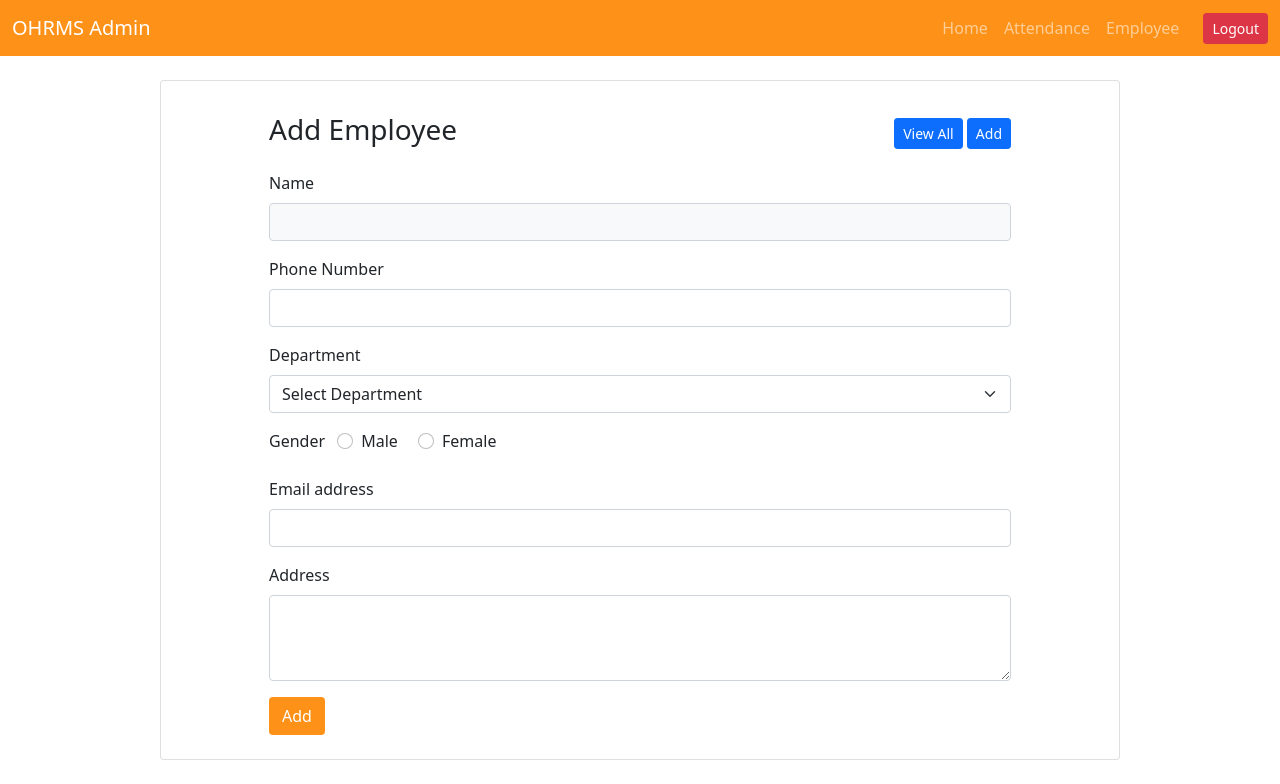
Repository: SaudCh/PHP-OHRMS
Page: http://localhost/admin/add-employee
An editor plug-in stored every save of this project. The page is shown before and after the next save, followed by the edit.
The browser window is 1280 px wide. The pictures show the whole page.
Some web libraries are served in a nearby version. The page is run by PHP 8.4 with error messages shown; the project is at /var/www/html/. The session is filled in as if someone had signed in: {"admin": "admin@ohrm.com"}. Other server files are loaded and not shown.

Above is the page before, as saved 2022-05-26 16:09:14.

### admin/add-employee.php
<!DOCTYPE html>
<html lang="en">

<head>
    <meta charset="UTF-8">
    <meta http-equiv="X-UA-Compatible" content="IE=edge">
    <meta name="viewport" content="width=device-width, initial-scale=1.0">
    <?php require "../assets/includes/link.includes.php" ?>

    <script src="../assets/Js/updateprofile.js"></script>

    <title>Add Employee</title>
</head>

<body>
    <?php require "./assets/Components/header.php" ?>
    <div class="container-fluid">
        <div class="row align-items-center justify-content-center">
            <div class="card col-11 col-md-9 my-4 py-4">

                <form name="updateform" method="POST" action="./assets/includes/add-employee.includes.php" onsubmit="return validateupdateform(this)" style="z-index: 10;position:relative;" class="mx-0 px-0 px-md-5 mx-md-5">
                    <div class="d-flex align-items-center justify-content-between mt-2">
                        <h3>Add Employee</h3>
                        <div>
                            <a href="employee" class="btn btn-sm btn-primary">View All</a>
                            <a href="add-employee" class="btn btn-sm btn-primary">Add</a>
                        </div>
                    </div>
                    <div class="mt-3">
                        <?php require "../assets/includes/alert.includes.php" ?>
                    </div>
                    <div class="mb-1">
                        <label for="name" class="form-label">Name</label>
                        <input type="text" name="name" class="form-control bg-light" id="name">
                        <p id="nameerr" class="text-danger" style="font-size: 11px;"></p>
                    </div>
                    <div class="mb-1">
                        <label for="phone" class="form-label">Phone Number</label>
                        <input type="text" name="phoneNum" class="form-control" id="phone">
                        <p id="phonerr" class="text-danger" style="font-size: 11px;"></p>

                    </div>
                    <div class="mb-1">
                        <label for="department" class="form-label">Department</label>
                        <select name="department" class="form-select" id="department">
                            <option value="">Select Department</option>
                            <option value="IT">IT</option>
                            <option value="Finance">Finance</option>
                            <option value="Marketing">Marketing</option>
                        </select>
                        <p id="depterr" class="text-danger" style="font-size: 11px;"></p>

                    </div>
                    <div class="mb-1">
                        <label for="gender" class="form-label me-2">Gender</label>
                        <div class="form-check form-check-inline">
                            <input class="form-check-input" type="radio" name="gender" id="male" value="male">
                            <label class="form-check-label" for="male">Male</label>
                        </div>
                        <div class="form-check form-check-inline">
                            <input class="form-check-input" type="radio" name="gender" id="female" value="female">
                            <label class="form-check-label" for="female">Female</label>
                        </div>
                        <p id="gendererr" class="text-danger" style="font-size: 11px;"></p>
                    </div>
                    <div class="mb-1">
                        <label for="email" class="form-label">Email address</label>
                        <input type="email" name="email" class="form-control" id="email" />
                        <p id="emailerr" class="text-danger" style="font-size: 11px;"></p>

                    </div>
                    <div class="mb-1">
                        <label for="address" class="form-label">Address</label>
                        <textarea class="form-control" name="address" id="address" rows="3"></textarea>
                        <p id=" addresserr" class="text-danger" style="font-size: 11px;"></p>

                    </div>

                    <button type="submit" class="btn text-white" style="background-color: #fe9117;">Add</button>
                </form>
            </div>
        </div>
    </div>

</body>

</html>

### assets/includes/link.includes.php
<link href="https://cdn.jsdelivr.net/npm/bootstrap@5.0.2/dist/css/bootstrap.min.css" rel="stylesheet" integrity="sha384-EVSTQN3/azprG1Anm3QDgpJLIm9Nao0Yz1ztcQTwFspd3yD65VohhpuuCOmLASjC" crossorigin="anonymous">
<script src="https://cdn.jsdelivr.net/npm/bootstrap@5.0.2/dist/js/bootstrap.bundle.min.js" integrity="sha384-MrcW6ZMFYlzcLA8Nl+NtUVF0sA7MsXsP1UyJoMp4YLEuNSfAP+JcXn/tWtIaxVXM" crossorigin="anonymous"></script>
<script src="https://cdn.jsdelivr.net/npm/@popperjs/core@2.9.2/dist/umd/popper.min.js" integrity="sha384-IQsoLXl5PILFhosVNubq5LC7Qb9DXgDA9i+tQ8Zj3iwWAwPtgFTxbJ8NT4GN1R8p" crossorigin="anonymous"></script>
<script src="https://cdn.jsdelivr.net/npm/bootstrap@5.0.2/dist/js/bootstrap.min.js" integrity="sha384-cVKIPhGWiC2Al4u+LWgxfKTRIcfu0JTxR+EQDz/bgldoEyl4H0zUF0QKbrJ0EcQF" crossorigin="anonymous"></script>

<script src="https://kit.fontawesome.com/5d60ba127b.js" crossorigin="anonymous"></script>

<link rel="stylesheet" href="./assets/css/style.css" type="text/css">
<link rel="stylesheet" href="./assets/css/footer.css" type="text/css">
<style>
    .link {
        text-decoration: none;
    }
</style>

### admin/assets/Components/header.php
<?php
session_start();
$email = '';

include '../assets/config/dbconfig.php';

if (isset($_SESSION['admin'])) {
    $email = $_SESSION['admin'];
} else {
    header("location: login");
}
?>
<nav class="navbar navbar-expand-lg navbar-dark" style="background-color: #fe9117;">
    <div class="container-fluid">
        <a class="navbar-brand" href="index">OHRMS Admin</a>
        <button class="navbar-toggler" type="button" data-bs-toggle="collapse" data-bs-target="#navbarSupportedContent" aria-controls="navbarSupportedContent" aria-expanded="false" aria-label="Toggle navigation">
            <span class="navbar-toggler-icon"></span>
        </button>
        <div class="collapse navbar-collapse" id="navbarSupportedContent">
            <ul class="navbar-nav ms-auto me-3 mb-2 mb-lg-0">
                <li class="nav-item">
                    <a class="nav-link" aria-current="page" href="index">Home</a>
                </li>
                <li class="nav-item">
                    <a class="nav-link" href="attendance">Attendance</a>
                </li>
                <li class="nav-item">
                    <a class="nav-link" href="employee">Employee</a>
                </li>
            </ul>
            <?php

            if (isset($_SESSION['admin'])) {
                echo '<a href="./assets/includes/admin-logout.includes.php" class="btn btn-sm btn-danger">Logout</a>';
            } else {
                echo '<a href="login" class="btn btn-sm btn-success">Login/Register</a>';
            }
            ?>

        </div>
    </div>
</nav>

### assets/config/dbconfig.php
<?php
// Database configuration
$dbHost     = "localhost";
$dbUsername = "root";
$dbPassword = "";
$dbName     = "ohrms";

// $dbHost     = "sql102.epizy.com";
// $dbUsername = "epiz_31455211";
// $dbPassword = "Kr3NNcrNvT9Mx4";
// $dbName     = "epiz_31455211_ohrms";

// Create database connection
$db = new mysqli($dbHost, $dbUsername, $dbPassword, $dbName);
$con=mysqli_connect($dbHost, $dbUsername, $dbPassword,$dbName);

// Check connection
if ($db->connect_error) {
    die("Connection failed: " . $db->connect_error);
}

### assets/includes/alert.includes.php
<?php if (isset($_GET["suc"])) {
    $msg = $_GET["suc"];
?>
    <div class="alert alert-success" role="alert">
        <?= $msg ?>
    </div>
<?php
} ?>
<?php if (isset($_GET["err"])) {
    $msg = $_GET["err"];
?>
    <div class="alert alert-danger" role="alert">
        <?= $msg ?>
    </div>
<?php
} ?>

### assets/css/footer.css
.back-to-top {
  cursor: pointer;
  position: fixed;
  bottom: 30px;
  right: 20px;
  display: none;
  z-index: 10;
}

.footer {
  background-color: #fe9126;
  display: flex;
  color: white;
  z-index: 2;
}

.footer a {
  color: white;
  text-decoration: none;
  font-weight: 500;
}

.footer-links ul {
  text-align: left;
}

.footer-links li {
  list-style: none;
}

.copyright {
  color: white;
  background-color: #fe9126;
}

### assets/Js/updateprofile.js
function validateupdateform(scope) {
    var name = document.updateform.name.value;
    var department = document.updateform.department.value;
    var phone = document.updateform.phoneNum.value;
    var gender = document.updateform.gender.value;
    var email = document.updateform.email.value;
    var address = document.updateform.address.value;

    let err = true;

    if (name == null || name == "") {
        document.getElementById("nameerr").innerHTML = "*Name Required";
        err = false;
    } else {
        document.getElementById("nameerr").innerHTML = "";
    }

    if (phone == null || phone == "") {
        document.getElementById("phonerr").innerHTML = "*Phone Required";
        err = false;
    } else {
        document.getElementById("phonerr").innerHTML = "";
    }

    if (department == null || department == "") {
        document.getElementById("depterr").innerHTML = "*Department Required";
        err = false;
    } else {
        document.getElementById("depterr").innerHTML = "";
    }

    if (gender == null || gender == "") {
        document.getElementById("gendererr").innerHTML = "*Gender Required";
        err = false;
    } else {
        document.getElementById("gendererr").innerHTML = "";
    }

    if (email == null || email == "") {
        document.getElementById("emailerr").innerHTML = "*Email Required";
        err = false;
    } else {
        document.getElementById("emailerr").innerHTML = "";
    }

    if (address == null || address == "") {
        // document.getElementById("addresserr").innerHTML = "*Address Required";
        err = false;
    } else {
        // document.getElementById("addresserr").innerHTML = "";
    }

    return err;
}

Loaded but not shown: assets/css/style.css (common file)

After the next save:
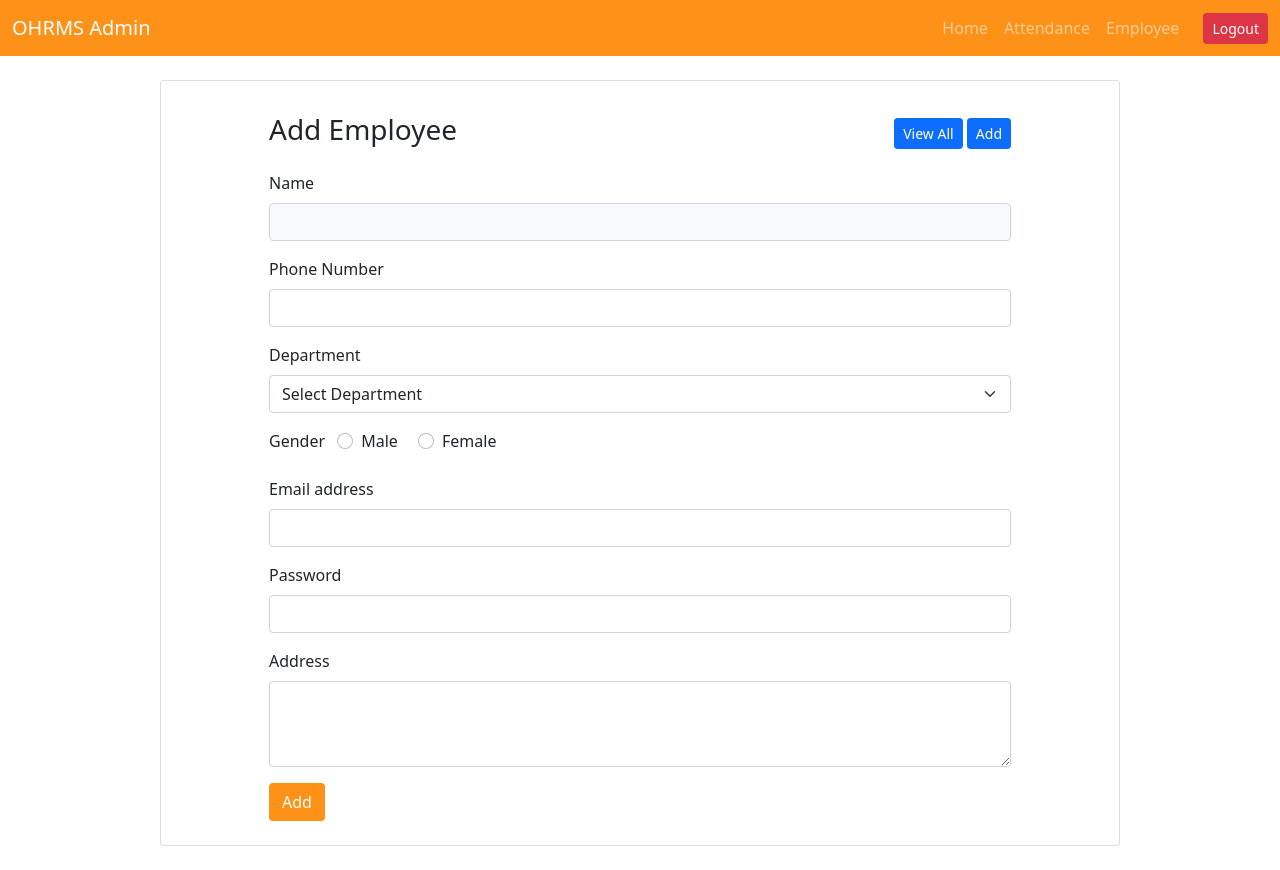
Saved 34 min 45 s later.
--- a/admin/add-employee.php
+++ b/admin/add-employee.php
@@ -70,6 +70,12 @@
 
                     </div>
                     <div class="mb-1">
+                        <label for="email" class="form-label">Password</label>
+                        <input type="email" name="email" class="form-control" id="email" />
+                        <p id="emailerr" class="text-danger" style="font-size: 11px;"></p>
+
+                    </div>
+                    <div class="mb-1">
                         <label for="address" class="form-label">Address</label>
                         <textarea class="form-control" name="address" id="address" rows="3"></textarea>
                         <p id=" addresserr" class="text-danger" style="font-size: 11px;"></p>
